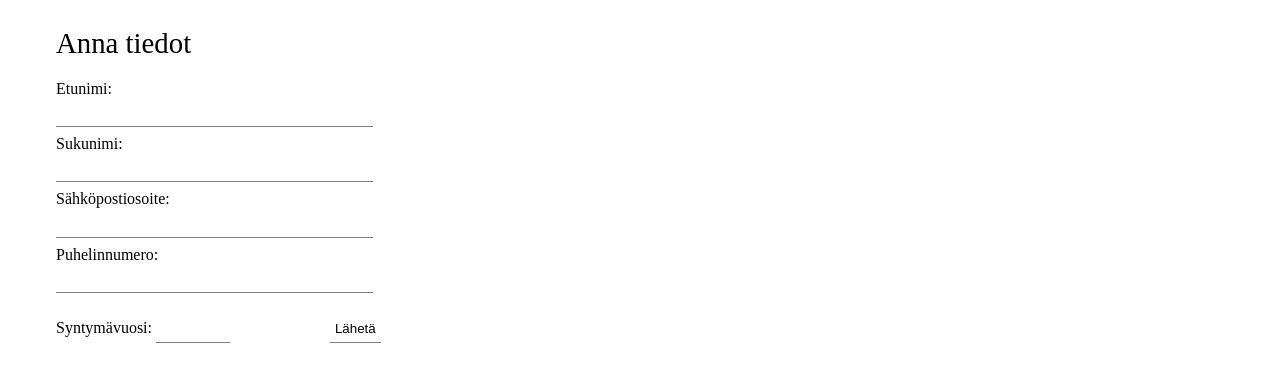
Repository: sirkian/ohj2-t4
Page: http://localhost/Tehtava3/kysy.jsp
The author's editor kept a copy of each file at every save. The page is drawn from the files as they stood at one save, then again after the next save.
The browser window is 1280 px wide. The pictures show the whole page.
The page is served by Tomcat 9.

Above is the page before, as saved 2022-03-23 15:45:49.

After the next save:
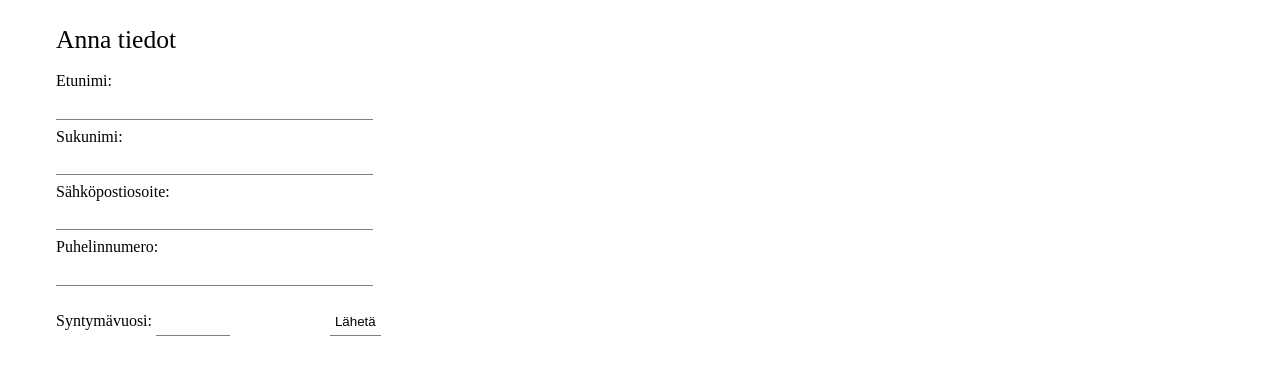
Saved 91 s later.
--- a/Tehtava3/src/main/webapp/kysy.jsp
+++ b/Tehtava3/src/main/webapp/kysy.jsp
@@ -39,7 +39,7 @@
 		background-color: lightgray;
 	}
 	h1 {
-		font-size: 1.8em;
+		font-size: 1.6em;
 		font-weight: 400;
 	}
 </style>
